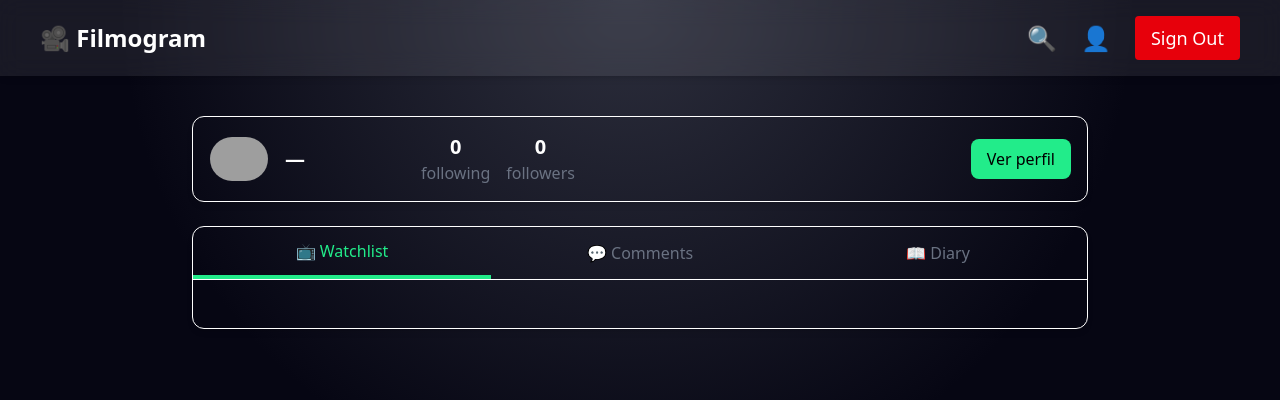
Repository: Leoonard1507/proyecto-final
Page: /client-profile
An editor plug-in stored every save of this project. The page is shown before and after the next save, followed by the edit.
The browser window is 1280 px wide. The pictures show the whole page.
Pictures or frames that could not be fetched are drawn as grey boxes. The page's requests for data from a server got no answer. The project was rebuilt for these pictures with package versions that can differ from the ones it lists, and the page was loaded fresh each time. The framework's server and built-in components were replaced by stand-ins that run in the browser. No one was signed in, and anything a server would have sent is missing. Also part of the build but not shown: next.config.ts, src/app/components/profileSections/userWatchlist.tsx, src/app/components/profileSections/userComments.tsx, src/app/components/profileSections/userDiary.tsx, src/libs/axios.ts, src/app/components/profileSections/searchFavsEdit.tsx, src/app/components/profileSections/addFavoritesModal.tsx, src/app/components/profileSections/FavMoviesList.tsx.

Above is the page before, as saved 2025-05-26 13:37:56.

After the next save:
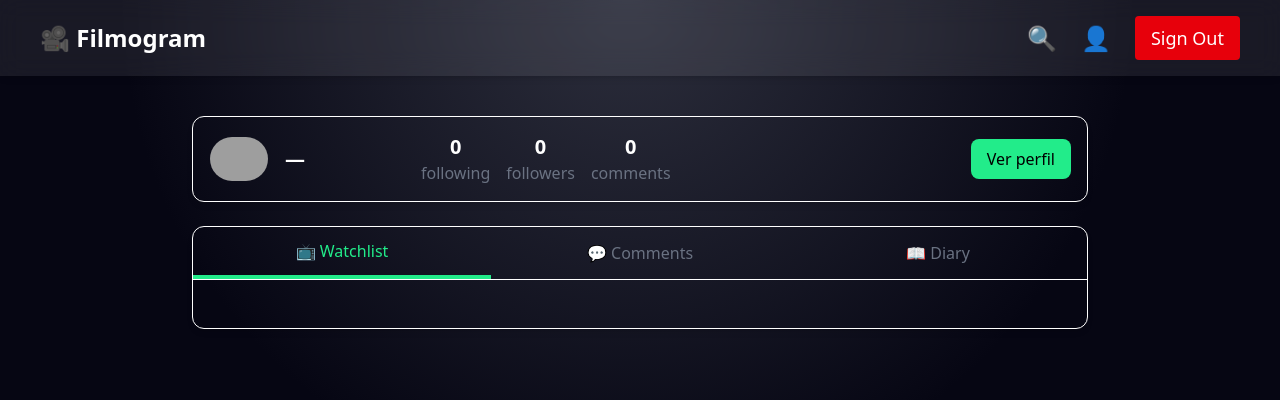
Saved 42 s later.
--- a/src/app/client-profile/page.tsx
+++ b/src/app/client-profile/page.tsx
@@ -163,6 +163,12 @@ export default function ProfilePage() {
                  {followerCount !== null ? followerCount : "0"}
               </span>
               <span className="text-base text-gray-500">followers</span>
+            </div>
+            <div className="flex flex-col items-center">
+              <span className="text-base font-semibold text-xl">
+                 {followerCount !== null ? followerCount : "0"}
+              </span>
+              <span className="text-base text-gray-500">comments</span>
             </div>
           </div>
           <button
